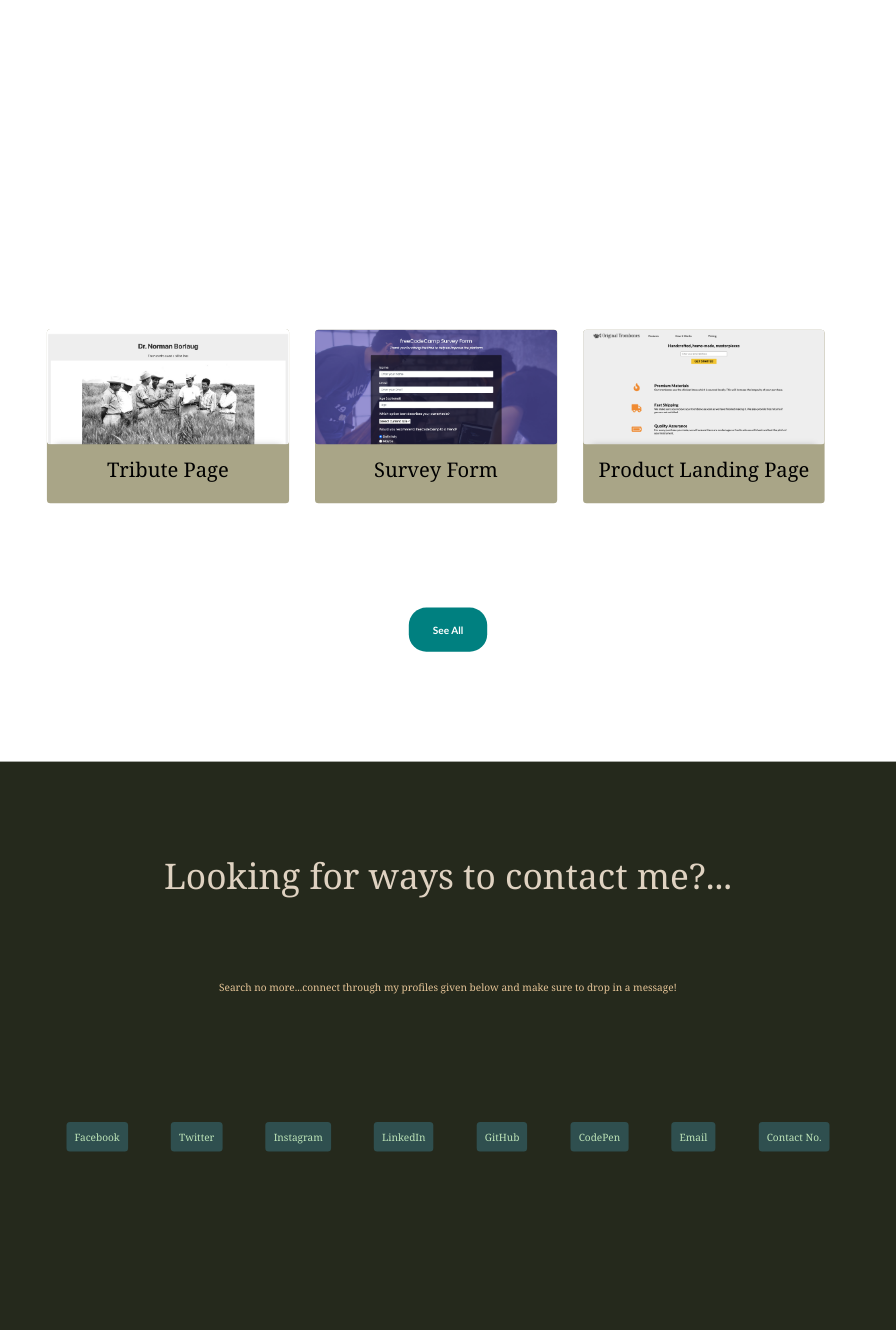
Repository: srush-shah/GRIP-Task3
Page: index.html
The author's editor kept a copy of each file at every save. The page is drawn from the files as they stood at one save, then again after the next save.
The browser window is 1280 px wide. The pictures show the part of the page from y = 720 to 2620 px (the page is 2748 px tall), at 70% of full size.

Above is the page before, as saved 2021-07-21 21:43:28.

### index.html
<!DOCTYPE html>
<html lang="en">
  <head>
    <meta charset="UTF-8" />
    <meta name="viewport" content="width=device-width, initial-scale=1.0" />
    <title>Personal Portfolio</title>
    <link rel="preconnect" href="https://fonts.gstatic.com" />
    <link
      href="https://fonts.googleapis.com/css2?family=Merriweather:ital,wght@0,300;0,400;0,700;0,900;1,300;1,400;1,700;1,900&display=swap"
      rel="stylesheet"
    />
    <link rel="stylesheet" href="styles/style.css" />
  </head>
  <body>
    <header>
      <nav id="navbar">
        <ul>
          <li><a href="#welcome-section">About</a></li>
          <li><a href="#projects">Work</a></li>
          <li><a href="#contact">Contact</a></li>
        </ul>
      </nav>
    </header>
    <main>
      <section id="welcome-section">
        <div id="welcome-bg-img"></div>
        <div id="welcome-text">
          <h1>Hey! I am Srushti Shah</h1>
          <br />
          <h4>Nice to See You!</h4>
          <br />
          <div id="welcome-details">
            <p>Welcome to my Portfolio Website!</p>
            <p>
              I am an Engineering student, pursuing Undergraduate studies in
              Information and Communication Technology. You will find all my
              work here along with the link to all of my projects.
            </p>
            <p>
              You can reach out to me through the contact section provided on
              the page.
            </p>
          </div>
        </div>
      </section>
      <section id="projects">
        <div id="project-title">
          <h3>Projects</h3>
        </div>
        <div id="project-info">
          <p>
            Have a look at some of my projects here and find a link to all of my
            work below!
          </p>
          <div class="project-link">
            <a
              href="https://codepen.io/srushtishah/full/dypKPxX"
              target="_blank"
              ><div>
                <img
                  src="images/TributePage.png"
                  alt="Tribute Page"
                  class="project-tile"
                />
              </div>
              <div class="project-tile-name">Tribute Page</div>
            </a>
          </div>
          <div class="project-link">
            <a
              href="https://codepen.io/srushtishah/full/zYKLZdL"
              target="_blank"
              ><div>
                <img
                  src="images/SurveyForm.png"
                  alt="Survey Form"
                  class="project-tile"
                />
              </div>

              <div class="project-tile-name">Survey Form</div>
            </a>
          </div>
          <div class="project-link">
            <a
              href="https://codepen.io/srushtishah/full/wvzRBMY"
              target="_blank"
              ><div>
                <img
                  src="images/ProductLandingPage.png"
                  alt="Product Landing Page"
                  class="project-tile"
                />
              </div>
              <div class="project-tile-name">Product Landing Page</div>
            </a>
          </div>
          <div class="profile-link">
            <a
              href="https://codepen.io/srushtishah"
              id="profile-link"
              target="_blank"
              >See All</a
            >
          </div>
        </div>
      </section>
      <section id="contact">
        <h3>Looking for ways to contact me?...</h3>
        <p>
          Search no more...connect through my profiles given below and make sure
          to drop in a message!
        </p>
        <ul>
          <a href="https://www.facebook.com/srushti.shah.2000/" target="_blank"
            ><li>Facebook</li></a
          >
          <a href="https://twitter.com/srushshah10" target="_blank"
            ><li>Twitter</li></a
          >
          <a href="https://www.instagram.com/girldevwizard/" target="_blank"
            ><li>Instagram</li></a
          >
          <a
            href="https://www.linkedin.com/in/srushti-shah-433b93176/"
            target="_blank"
            ><li>LinkedIn</li></a
          >
          <a href="https://github.com/srush-shah" target="_blank"
            ><li>GitHub</li></a
          >
          <a href="https://codepen.io/srushtishah/full/wvzRBMY" target="_blank"
            ><li>CodePen</li></a
          >
          <a href="mailto:srushti1010shah@gmail.com" target="_blank"
            ><li>Email</li></a
          >
          <a href="sms: +910000000000" target="_blank"><li>Contact No.</li></a>
        </ul>
      </section>
      <footer>
        <p>
          **This is just a temporary portfolio made for the purpose of
          freeCodeCamp
        </p>
        <span>&copy; Created for freeCodeCamp</span>
      </footer>
    </main>
  </body>
</html>

### styles/style.css
/*
Universal Styling and Prefixing
*/
* {
  max-width: 1500px;
  font-size: 10px;
  font-weight: 400;
  text-decoration: none;
  color: black;
  box-sizing: border-box;
  -webkit-box-sizing: border-box;
  -moz-box-sizing: border-box;
  margin: auto;
  border: none;
  padding: 0;
  background: none;
  text-align: center;
}
/*
Common Styling for the whole page
*/
body {
  width: 100%;
  font-family: -apple-system, BlinkMacSystemFont, "Segoe UI", Roboto, Oxygen,
    Ubuntu, Cantarell, "Open Sans", "Helvetica Neue", sans-serif;
  font-stretch: wider;
}

h1 {
  font-size: 8vh;
  margin-bottom: 20px;
  line-height: 1em;
}

h2 {
  font-size: 6vh;
}

h3 {
  font-size: 6vh;
}

h4 {
  font-size: 4vh;
  line-height: 1em;
}

h5 {
  font-size: 3vh;
}

h6 {
  font-size: 2vh;
}

p,
a,
li,
button {
  font-size: 2vh;
}

li {
  list-style: none;
}
/*
Header Styling
*/
header {
  position: absolute;
  width: 100%;
  height: 100px;
  padding: 10px;
  z-index: 2;
  display: flex;
}

header > nav > ul {
  display: flex;
  padding: 5px;
  justify-content: space-evenly;
  list-style-type: none;
}

header li a {
  margin: 0 100px;
  color: #f4f3ee;
  text-shadow: 0px 0px 5px black;
  font-weight: 300;
}
header li a:hover {
  font-weight: 500;
}

@media screen and (min-width: 768px) {
  header li a {
    font-size: 3.2vh;
  }
}

@media screen and (min-width: 1024px) {
  header li a {
    margin: 0 120px;
    font-size: 3.5vh;
  }
}

@media screen and (max-width: 768px) {
  header li a {
    margin: 80px;
    font-size: 3vh;
  }
}

@media screen and (max-width: 425px) {
  header {
    padding: 0%;
  }
  header > nav {
    margin: auto;
    padding: 0%;
  }
  header > nav > ul {
    padding: 0%;
    flex-direction: row;
  }
  header li a {
    margin: 0px 40px;
    font-size: 2.5vh;
  }
}

@media screen and (max-width: 320px) {
  header li a {
    margin: 0px 20px;
  }
}
/* Main Styling */
main {
  position: relative;
}
/*
Welcome Section Styling
*/
#welcome-section {
  height: 100vh;
}

#welcome-bg-img {
  background: url(https://cdn.hipwallpaper.com/i/65/22/g876Ek.jpg);
  /* Add the blur effect */
  filter: blur(1px);
  -webkit-filter: blur(1px);

  /* Full height */
  height: 100vh;
  width: 100%;

  /* Center and scale the image nicely */
  background-position: center;
  background-repeat: no-repeat;
  background-size: cover;
}

#welcome-text {
  background-color: #f4f3ee;
  border-radius: 10px;
  box-shadow: 0px 0px 20px rgb(54, 50, 8);
  color: #594a26;
  font-weight: bold;
  position: relative;
  top: -50%;
  left: 25%;
  transform: translate(-50%, -50%);
  z-index: 1;
  width: 50%;
  height: 50vh;
  padding: 20px;
  text-align: center;
  display: flex;
  flex-direction: column;
}

#welcome-text h1,
#welcome-text h4,
#welcome-text p {
  color: #594a26;
  font-weight: 100;
}

#welcome-text h4,
#welcome-text p {
  color: #594a26;
  font-weight: 500;
}

#welcome-details p {
  color: #594a26;
}

@media screen and (max-width: 1024px) {
  #welcome-text {
    width: 70%;
    left: 35%;
  }
}
@media screen and (max-width: 768px) {
  #welcome-text {
    top: -50%;
  }

  #welcome-text h1 {
    font-size: 7vh;
  }

  #welcome-text h4 {
    font-size: 5vh;
  }

  #welcome-text p {
    font-size: 3vh;
  }
}

@media screen and (max-width: 470px) {
  #welcome-text {
    top: -45%;
    height: 80vh;
  }

  #welcome-text h1 {
    font-size: 5vh;
  }

  #welcome-text h4 {
    font-size: 4vh;
  }

  #welcome-text p {
    font-size: 2.5vh;
  }
}
#projects h3,
#projects p,
#projects a {
  color: white;
  font-family: "Gill Sans", "Gill Sans MT", Calibri, "Trebuchet MS", sans-serif;
  font-weight: 600;
}

#project-title {
  padding: 8%;
  text-transform: uppercase;
}

#project-info {
  padding: 5%;
}

#project-info p {
  font-size: 4vh;
  margin-bottom: 5%;
}

.project-link {
  width: 90%;
  padding-bottom: 2.5%;
  background-color: #a9a587;
  margin: 5% auto;
  border-radius: 5px;
}

.project-tile {
  width: 100%;
  border-radius: 5px;
}

.project-tile-name {
  padding-top: 4%;
  font-size: 4vh;
  font-family: Georgia, "Times New Roman", Times, serif;
}
#profile-link {
  padding: 2% 3%;
  background-color: teal;
  border-radius: 25px;
}
#profile-link:hover {
  background-color: rgb(62, 114, 114);
  box-shadow: rgba(0, 0, 0, 1) 4px 5px;
  transition: box-shadow 1s, background-color 0.3s;
}
.profile-link {
  margin: 10% auto;
}

@media screen and (min-width: 768px) {
  .project-link {
    width: 30%;
    display: inline-block;
    margin-right: 3%;
  }
}

@media screen and (max-width: 768px) {
  .project-tile-name {
    font-size: 2.5vh;
  }
}
/*
Contact Section Styling
*/
#contact {
  width: 100%;
  padding: 10% 5%;
  background-color: #25291c;
  font-family: Cambria, Cochin, Georgia, Times, "Times New Roman", serif;
}

#contact h3 {
  font-size: 7vh;
  color: rgb(223, 210, 193);
  font-weight: 400;
}

#contact p {
  margin: 10% auto;
  color: rgb(229, 196, 151);
}

#contact ul {
  width: 100%;
  margin: 15% auto;
  margin-bottom: 10%;
  display: flex;
  justify-content: space-around;
  flex-wrap: wrap;
}

#contact a {
  display: inline-flex;
  background-color: darkslategrey;
  margin: 1%;
  padding: 1%;
  border-radius: 5px;
}

#contact li {
  color: rgb(189, 228, 184);
}

#contact a:hover {
  background-color: rgb(39, 63, 63);
  box-shadow: darkslategrey 2px 2px;
  transition: box-shadow 0.8s, background-color 0.3s;
}
/*
Footer Styling
*/

footer {
  width: 100%;
  height: 100%;
  background-color: #cd5334;
  padding: 5% 1%;
}

footer p,
footer span {
  font-size: 2.5vh;
  display: inline-block;
}

footer p {
  float: left;
}

footer span {
  float: right;
  font-family: monospace;
}

@media screen and (max-width: 768px) {
  footer {
    height: 15vh;
  }

  footer p,
  footer span {
    font-size: 2vh;
    display: inline-block;
  }
}

@media screen and (max-width: 730px) {
  footer p,
  footer span {
    font-size: 2.5vh;
    display: block;
    float: none;
    margin-top: 1%;
  }
}

@media screen and (max-width: 425px) {
  footer {
    height: 18vh;
  }

  footer p,
  footer span {
    font-size: 2.5vh;
    display: block;
    float: none;
    margin-top: 3%;
  }
}

@media screen and (max-width: 375px) {
  footer p,
  footer span {
    font-size: 2.5vh;
    display: block;
    float: none;
    margin-top: 4%;
  }
}

@media screen and (max-width: 320px) {
  footer p,
  footer span {
    font-size: 2.5vh;
    display: block;
    float: none;
    margin-top: 5%;
  }
}

After the next save:
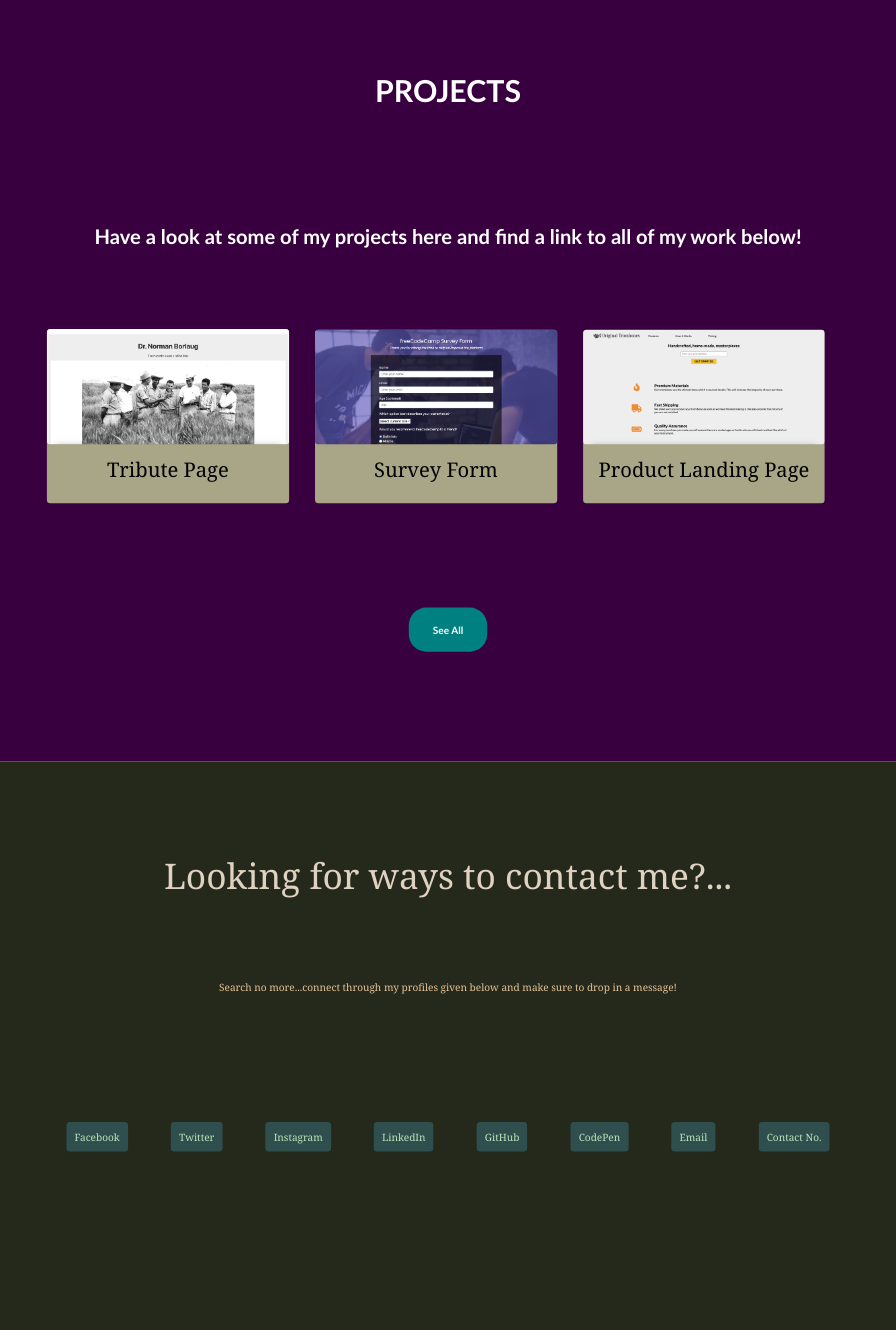
Saved 2 min 11 s later.
--- a/styles/style.css
+++ b/styles/style.css
@@ -240,6 +240,15 @@ Welcome Section Styling
     font-size: 2.5vh;
   }
 }
+
+/*
+Projects Section Styling
+*/
+#projects {
+  width: 100%;
+  background-color: #390040;
+}
+
 #projects h3,
 #projects p,
 #projects a {
